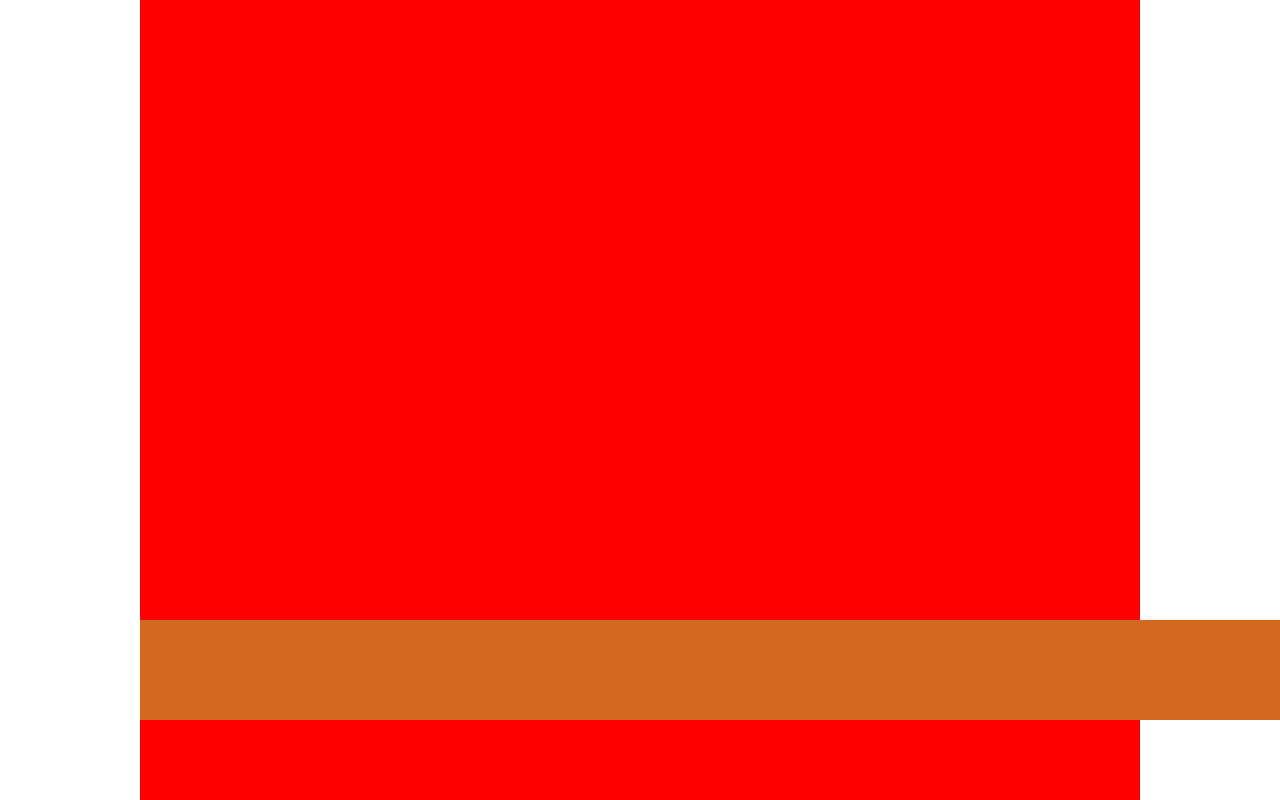
Repository: jinggegeZ/livechat
Page: /
These files come from the project's save history. The page is drawn as it stood at one moment and after a run of saves; the edit follows.
The browser window is 1280 px wide. The pictures show the whole page.
The project was rebuilt for these pictures with package versions that can differ from the ones it lists, and the page was loaded fresh each time.

Above is the page before, as saved 2020-08-17 10:54:22.

After the next 2 saves:
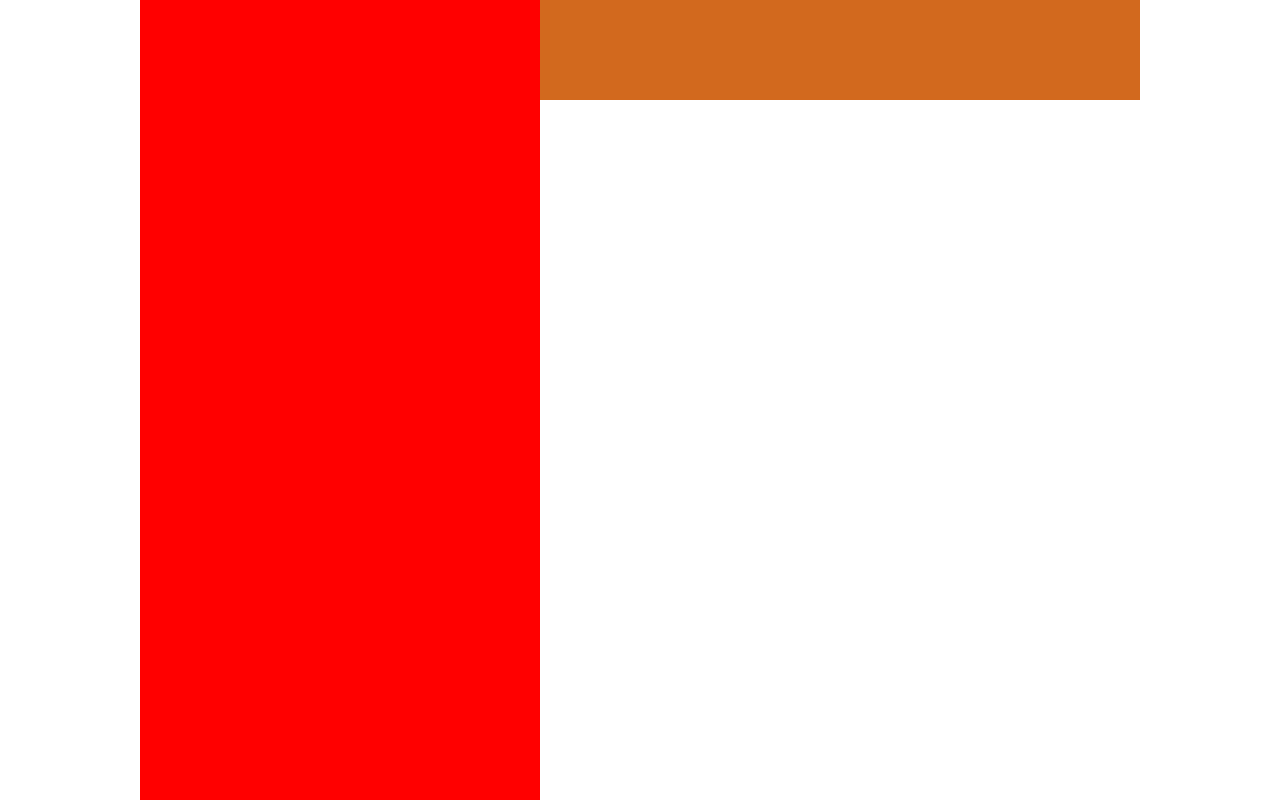
The 2 saves are shown as one change because 1 did not build or start.
The last was saved 33 s later.
--- a/src/views/Home.vue
+++ b/src/views/Home.vue
@@ -72,8 +72,7 @@
 
 }
 .box2 {
-  position: fixed;
-  bottom: 0;
+
   width: 100%;
   height: 100px;
   background: chocolate;
